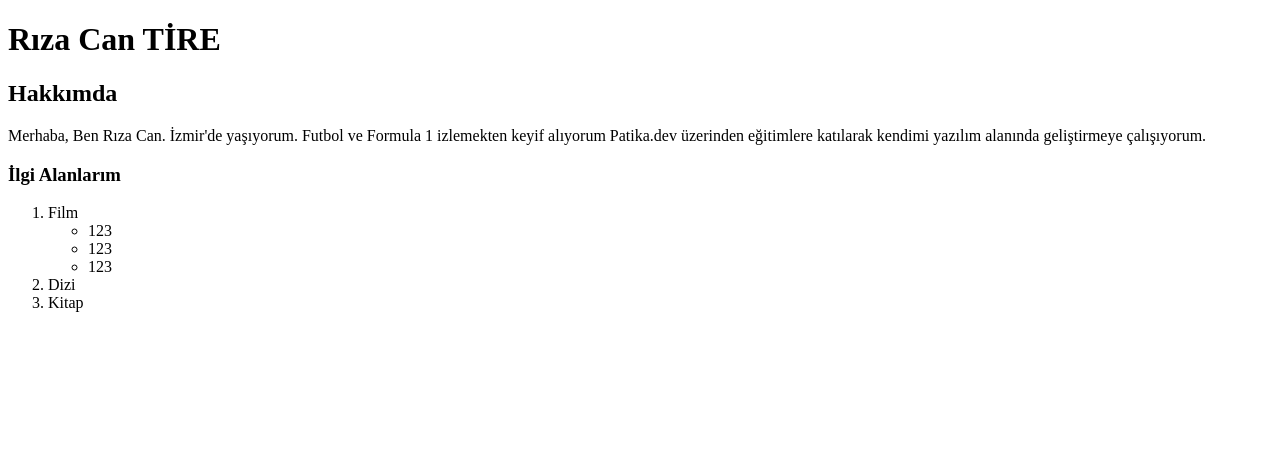
Repository: rizacantire/html
Page: Odev2/index.html
These files come from the project's save history. The page is drawn as it stood at one moment and after the next save; the edit follows.
The browser window is 1280 px wide. The pictures show the whole page.

Above is the page before, as saved 2021-12-06 23:14:17.

After the next save:
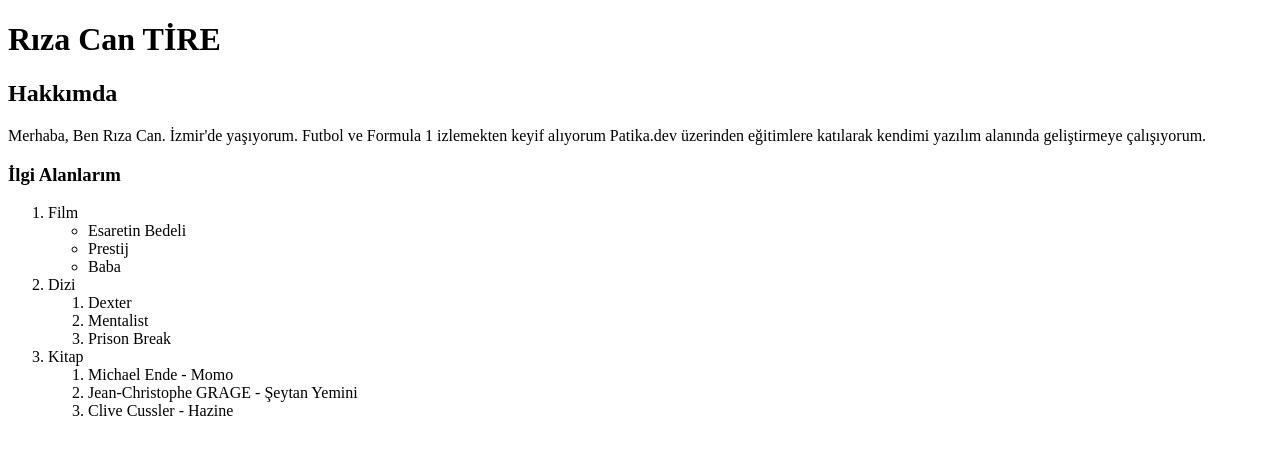
Saved 2 min 22 s later.
--- a/Odev2/index.html
+++ b/Odev2/index.html
@@ -21,13 +21,27 @@
         <ol type="1">
             <li>
                 Film
-                <ul><li>123</li>
-                <li>123</li>
-                <li>123</li></ul>
+                <ul>
+                    <li>Esaretin Bedeli</li>
+                    <li>Prestij</li>
+                    <li>Baba</li>
+                </ul>
 
             </li>
-            <li>Dizi</li>
-            <li>Kitap</li>
+            <li>Dizi
+                <ol>
+                    <li>Dexter</li>
+                    <li>Mentalist</li>
+                    <li>Prison Break</li>
+                </ol>
+            </li>
+            <li>Kitap
+                <ol>
+                    <li>Michael Ende - Momo</li>
+                    <li>Jean-Christophe GRAGE - Şeytan Yemini</li>
+                    <li>Clive Cussler - Hazine</li>
+                </ol>
+            </li>
         </ol>
     </div>
 </body>
